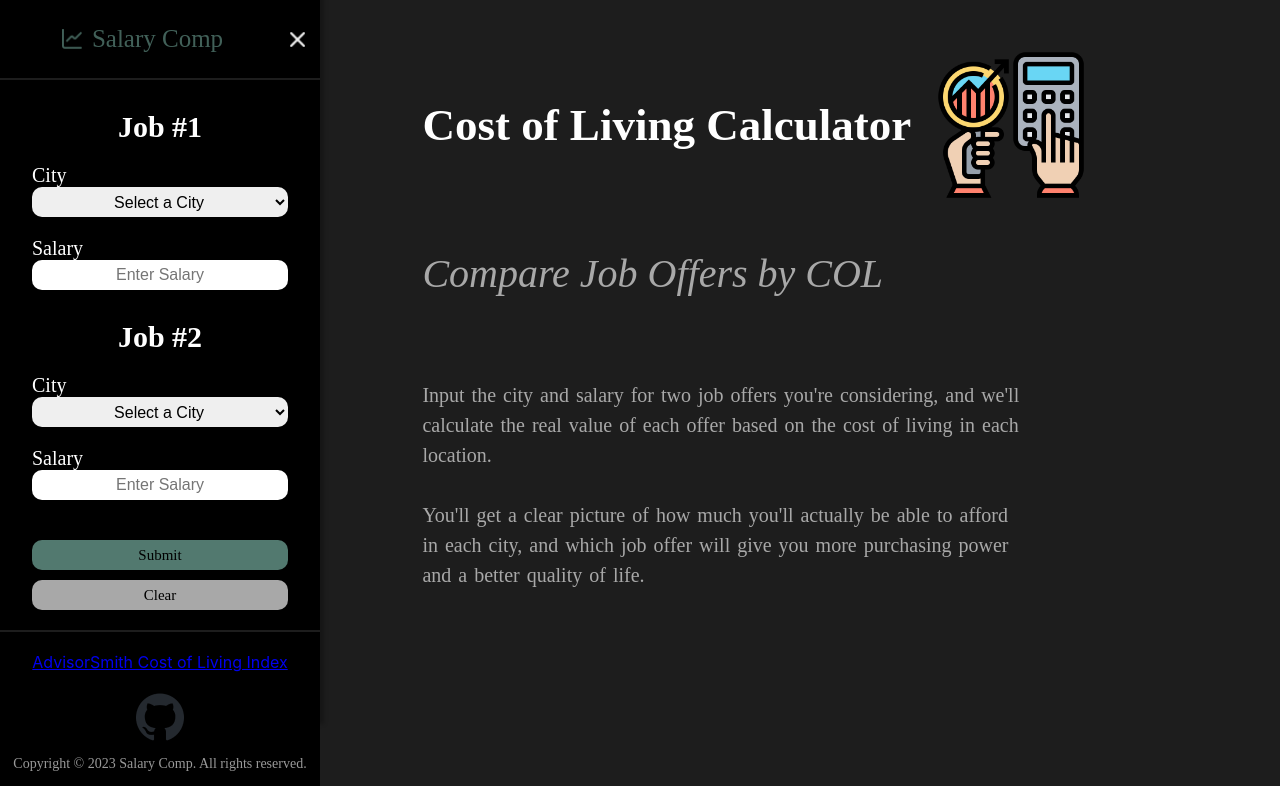
Repository: robbymcd/Salary-Comp
Page: /
These files come from the project's save history. The page is drawn as it stood at one moment and after the next save; the edit follows.
The browser window is 1280 px wide. The pictures show the whole page.
Some web fonts or font styles are not loaded; a fallback is used. The project was rebuilt for these pictures with package versions that can differ from the ones it lists, and the page was loaded fresh each time. Also part of the build but not shown: src/Main.css, src/Main.js.

Above is the page before, as saved 2023-06-16 11:43:10.

### public/index.html
<!DOCTYPE html>
<html lang="en">
  <head>
    <meta charset="utf-8" />
    <link rel="icon" href="%PUBLIC_URL%/favicon.ico" />
    <meta name="viewport" content="width=device-width, initial-scale=1" />
    <meta name="theme-color" content="#000000" />
    <meta
      name="description"
      content="Compare Job Offers by COL"
    />
    <link rel="apple-touch-icon" href="%PUBLIC_URL%/logo192.png" />
    <!--
      manifest.json provides metadata used when your web app is installed on a
      user's mobile device or desktop. See https://developers.google.com/web/fundamentals/web-app-manifest/
    -->
    <link rel="manifest" href="%PUBLIC_URL%/manifest.json" />
    <!--
      Notice the use of %PUBLIC_URL% in the tags above.
      It will be replaced with the URL of the `public` folder during the build.
      Only files inside the `public` folder can be referenced from the HTML.

      Unlike "/favicon.ico" or "favicon.ico", "%PUBLIC_URL%/favicon.ico" will
      work correctly both with client-side routing and a non-root public URL.
      Learn how to configure a non-root public URL by running `npm run build`.
    -->
    <title>Salary Comp</title>
  </head>
  <body>
    <noscript>You need to enable JavaScript to run this app.</noscript>
    <div id="root"></div>
    <!--
      This HTML file is a template.
      If you open it directly in the browser, you will see an empty page.

      You can add webfonts, meta tags, or analytics to this file.
      The build step will place the bundled scripts into the <body> tag.

      To begin the development, run `npm start` or `yarn start`.
      To create a production bundle, use `npm run build` or `yarn build`.
    -->
  </body>
</html>

### src/index.css
body {
  margin: 0;
  font-family: -apple-system, BlinkMacSystemFont, 'Segoe UI', 'Roboto', 'Oxygen',
    'Ubuntu', 'Cantarell', 'Fira Sans', 'Droid Sans', 'Helvetica Neue',
    sans-serif;
  -webkit-font-smoothing: antialiased;
  -moz-osx-font-smoothing: grayscale;
  height: 100%;
  width: 100%;
}

html {
  height: 100%;
  width: 100%;
  background-color: #1D1D1D;
}

code {
  font-family: source-code-pro, Menlo, Monaco, Consolas, 'Courier New',
    monospace;
}

### src/App.js
import React, { useState } from 'react';
import './App.css';
import Sidebar from './Sidebar.js';
import Content from './Content.js';

function App() {
  const [isSubmitted, setIsSubmitted] = useState(false);
  const [cityCOL1, setCityCOL1] = useState('');
  const [cityCOL2, setCityCOL2] = useState('');
  const [cityName1, setCityName1] = useState('');
  const [cityName2, setCityName2] = useState('');
  const [salary1, setSalary1] = useState('');
  const [salary2, setSalary2] = useState('');

  const handleFormSubmit = (formData) => {
    setIsSubmitted(true);
    setCityCOL1(formData.cityCOL1);
    setCityCOL2(formData.cityCOL2);
    setCityName1(formData.cityName1);
    setCityName2(formData.cityName2);
    setSalary1(formData.salary1);
    setSalary2(formData.salary2);
  };

  return (
    <div className="main">
        <Sidebar onFormSubmit={handleFormSubmit}/>
        <Content isSubmitted={isSubmitted} cityCOL1={cityCOL1} cityCOL2={cityCOL2} cityName1={cityName1} cityName2={cityName2} salary1={salary1} salary2={salary2} />
    </div>
  );
}

export default App;

### src/App.css
.main {
    display: flex;
    flex-direction: row;
    height: 200%;
    width: 100%;
    background-color: #1D1D1D;
}

### src/Sidebar.js
import React, { useState, useRef } from 'react';
import plus from './plus.png';
import './Sidebar.css';
import chart from './chart.png';
import github from './github.png';
import x from './x.png';
import './OpenSidebar.css';
import './Select.css';

export default function Sidebar( { onFormSubmit } ) {
    const [isOpen, setIsOpen] = useState(true);
    const [isClosed, setIsClosed] = useState(false);

    const [city1, setCity1] = useState('0');
    const [city2, setCity2] = useState('0');

    const [salary1, setSalary1] = useState('');
    const [salary2, setSalary2] = useState('');


    const [error, setError] = useState(false);

    const selectRef1 = useRef(null);
    const selectRef2 = useRef(null);

    const formatSalary = (salary) => {
        salary = salary.replace(/[^0-9]/g, '');

        // Convert the salary to a number and format it with commas
        const formattedSalary = Number(salary).toLocaleString();

        // Add the '$' symbol
        return '$' + formattedSalary;
    }

    const openSidebar = () => {
        setIsOpen(true);
        setIsClosed(false);
    }

    const closeSidebar = () => {
        setIsOpen(false);
        setIsClosed(true);
    }

    const city1ChangeHandler = (event) => {
        setCity1(event.target.value)
    }

    const city2ChangeHandler = (event) => {
        setCity2(event.target.value);
    }


    const salary1ChangeHandler = (event) => {
        const inputValue = event.target.value;
        const formattedValue = formatSalary(inputValue);
        const regex = /\d/;

        if (regex.test(formattedValue[formattedValue.length - 1])) {
          setSalary1(formattedValue);
        } else {
            setSalary1(formattedValue.slice(0, formattedValue.length - 1));
        }
      }


    const salary2ChangeHandler = (event) => {
        const inputValue = event.target.value;
        const formattedValue = formatSalary(inputValue);
        const regex = /\d/;
        if (regex.test(formattedValue[formattedValue.length - 1])) {
            setSalary2(formattedValue);
        } else {
            setSalary2(formattedValue.slice(0, formattedValue.length - 1));
        }
    }

    const refresh = () => {
        window.location.reload(false);
    }

    const submitHandler = (event) => {
        event.preventDefault();
        if (city1 === '0' | city2 === '0' | salary1 === '' | salary2 === '') {
            setError(true);
            return;
        }
        setError(false);
        const formData = {
            cityCOL1: city1,
            cityCOL2: city2,
            cityName1: selectRef1.current.options[selectRef1.current.selectedIndex].text,
            cityName2: selectRef2.current.options[selectRef2.current.selectedIndex].text,
            salary1: salary1,
            salary2: salary2
        };
        onFormSubmit(formData);
    }

    const clearHandler = (event) => {
        event.preventDefault();
        setError(false);
        setCity1('0');
        setCity2('0');
        setSalary1('');
        setSalary2('');
    }

    return (
        <div className="sidebar">
            {isClosed && (
                <div className='closed-sidebar'>
                <img
                    className="plusIcon"
                    src={plus}
                    alt="plus"
                    onClick={openSidebar}
                />
            </div>
            )}
            {isOpen && (
                <div className='open-sidebar'>
                <div className='sidebar-header'>
                    <div className='logo' onClick={refresh}>
                        <img className='chart' src={chart} alt='Chart'></img>
                        <p>Salary Comp</p>
                    </div>
                    <img className='x' src={x} alt='x' onClick={closeSidebar}></img>
                </div>
                <form className='form' onSubmit={onFormSubmit}>
                    <h1>Job #1</h1>
                    <div className='city'>
                        <label>City</label>
                        <div className="select-main">
                            <select ref={selectRef1} value={city1} className='select-input' onChange={city1ChangeHandler}>
                                <option value='0'>Select a City</option>
                                <option value='89.1'>Abilene, TX</option>
                                <option value='90.5'>Adrian, MI</option>
                                <option value='89.4'>Akron, OH</option>
                                <option value='85.8'>Alamogordo, NM</option>
                                <option value='87.3'>Albany, GA</option>
                                <option value='105.4'>Albany, OR</option>
                                <option value='100.1'>Albany, NY</option>
                                <option value='90.9'>Albertville, AL</option>
                                <option value='92.9'>Albuquerque, NM</option>
                                <option value='86.2'>Alexandria, LA</option>
                                <option value='98.9'>Allentown, PA</option>
                                <option value='90.8'>Altoona, PA</option>
                                <option value='88.2'>Amarillo, TX</option>
                                <option value='91.5'>Ames, IA</option>
                                <option value='110.7'>Anchorage, AK</option>
                                <option value='99.3'>Ann Arbor, MI</option>
                                <option value='85.7'>Anniston, AL</option>
                                <option value='90.7'>Appleton, WI</option>
                                <option value='103.3'>Asheville, NC</option>
                                <option value='87.4'>Ashtabula, OH</option>
                                <option value='88.5'>Athens, OH</option>
                                <option value='92.9'>Athens, TX</option>
                                <option value='95'>Athens, GA</option>
                                <option value='100.3'>Atlanta, GA</option>
                                <option value='102'>Atlantic City, NJ</option>
                                <option value='93.7'>Auburn, NY</option>
                                <option value='91.9'>Auburn, AL</option>
                                <option value='91.6'>Augusta, GA</option>
                                <option value='100'>Augusta, ME</option>
                                <option value='106.6'>Austin, TX</option>
                                <option value='102.9'>Bakersfield, CA</option>
                                <option value='107'>Baltimore, MD</option>
                            </select>
                        </div>
                    </div>
                    <div className='salary'>
                        <label>Salary</label>
                        <input className='salary-input' type='text' placeholder='Enter Salary' onChange={salary1ChangeHandler} value={salary1}></input>
                    </div>
                    <h1>Job #2</h1>
                    <div className='city'>
                        <label>City</label>
                        <div className="select-main">
                            <select ref={selectRef2} value={city2} className='select-input' onChange={city2ChangeHandler}>
                                <option value='0'>Select a City</option>
                                <option value='89.1'>Abilene, TX</option>
                                <option value='90.5'>Adrian, MI</option>
                                <option value='89.4'>Akron, OH</option>
                                <option value='85.8'>Alamogordo, NM</option>
                                <option value='87.3'>Albany, GA</option>
                                <option value='105.4'>Albany, OR</option>
                                <option value='100.1'>Albany, NY</option>
                                <option value='90.9'>Albertville, AL</option>
                                <option value='92.9'>Albuquerque, NM</option>
                                <option value='86.2'>Alexandria, LA</option>
                                <option value='98.9'>Allentown, PA</option>
                                <option value='90.8'>Altoona, PA</option>
                                <option value='88.2'>Amarillo, TX</option>
                                <option value='91.5'>Ames, IA</option>
                                <option value='110.7'>Anchorage, AK</option>
                                <option value='99.3'>Ann Arbor, MI</option>
                                <option value='85.7'>Anniston, AL</option>
                                <option value='90.7'>Appleton, WI</option>
                                <option value='103.3'>Asheville, NC</option>
                                <option value='87.4'>Ashtabula, OH</option>
                                <option value='88.5'>Athens, OH</option>
                                <option value='92.9'>Athens, TX</option>
                                <option value='95'>Athens, GA</option>
                                <option value='100.3'>Atlanta, GA</option>
                                <option value='102'>Atlantic City, NJ</option>
                                <option value='93.7'>Auburn, NY</option>
                                <option value='91.9'>Auburn, AL</option>
                                <option value='91.6'>Augusta, GA</option>
                                <option value='100'>Augusta, ME</option>
                                <option value='106.6'>Austin, TX</option>
                                <option value='102.9'>Bakersfield, CA</option>
                                <option value='107'>Baltimore, MD</option>
                            </select>
                        </div>
                    </div>
                    <div className='salary'>
                        <label>Salary</label>
                        <input className='salary-input' type='text' placeholder='Enter Salary' onChange={salary2ChangeHandler} value={salary2}></input>
                        {error && <p className='error'>Please fill out all fields</p>}
                    </div>
                    <div className='button-container'>
                        <div className='submit-container'>
                            <button className='submit' onClick={submitHandler} type='submit'>Submit</button>
                        </div>
                        <div className='clear-container'>
                            <button className='clear' onClick={clearHandler}>Clear</button>
                        </div>
                    </div>
                </form>
                <div className='footer'>
                    <div className='hiw'>
                        <a href='https://advisorsmith.com/data/coli' target='_blank' rel='noopener noreferrer'>AdvisorSmith Cost of Living Index</a>
                    </div>
                    <img className='github' src={github} alt='github'></img>
                    <p className='copyright'>Copyright © 2023 Salary Comp. All rights reserved.</p>
                </div>
            </div>
            )}
        </div>
    );
}

### src/Content.js
import React from 'react';
import './Content.css';
import Instruction from './Instruction.js';
import Main from './Main.js';

export default function Content({ isSubmitted ,cityCOL1 ,cityCOL2, cityName1, cityName2 , salary1, salary2 }) {

    return (
        <div className='Content-container'>
            {isSubmitted ? <Main cityCOL1={cityCOL1} cityCOL2={cityCOL2} cityName1={cityName1} cityName2={cityName2} salary1={salary1} salary2={salary2}/> : <Instruction />}
        </div>
    );
}

### src/Sidebar.css
@import url('https://fonts.googleapis.com/css?family=Roboto-Mono');
@import url('https://fonts.googleapis.com/css?family=Mukta-Vaani');
.sidebar {
    display: flex;
    height: 100vh;
    width: fit-content;
}

.closed-sidebar {
    display: flex;
    height: 100vh;
    width: fit-content;
    margin-right: 22vw;
}

.plusIcon {
    height: 30px;
    width: 30px;
    margin-left: 20px;
    align-self: center;
    cursor: pointer;
}

.plusIcon:hover {
    opacity: 0.5;
}

.error {
    display: flex;
    font-size: 15px;
    margin-bottom: -15px;
    color: #BA1F33;
}

.button-container {
    display: flex;
    flex-direction: column;
    gap: 10px;
    margin-top: 20px;
}

.submit-container {
    display: flex;
}

.submit {
    height: 30px;
    width: clamp(100px, 20vw, 300px);
    border-radius: 10px;
    border: none;
    outline: none;
    cursor: pointer;
    background-color: #52796F;
    font-family: Mukta Vaani;
    font-size: 15px;
    color: #000;
    box-shadow: 0px 4px 4px rgba(0, 0, 0, 0.25);
}

.submit:hover {
    opacity: 0.8;
}

.clear-container {
    display: flex;
}

.clear {
    height: 30px;
    width: clamp(100px, 20vw, 300px);
    border-radius: 10px;
    border: none;
    outline: none;
    cursor: pointer;
    background-color: #a8a8a8;
    font-family: Mukta Vaani;
    font-size: 15px;
    color: #000;
    box-shadow: 0px 4px 4px rgba(0, 0, 0, 0.25);
}

.clear:hover {
    opacity: 0.8;
}

@media screen and (min-width: 1650px) {
    .button-container {
        gap: 20px;
    }
}

### src/OpenSidebar.css
@import url('https://fonts.googleapis.com/css?family=Roboto-Mono');
@import url('https://fonts.googleapis.com/css?family=Mukta-Vaani');

.open-sidebar {
    display: flex;
    flex-direction: column;
    height: 100vh;
    width: 25vw;
    background-color: #000;
    box-shadow: 0px 0px 4px 4px rgba(0, 0, 0, 0.25);
    margin-right: 8vw;
    transition: transform 0.3s ease-in-out;
}

.sidebar-header {
    display: flex;
    width: 25vw;
    border-bottom: 2px solid #1d1d1d;
    justify-content: space-between;
    align-items: center;
}

.sidebar-wrapper {
    display: inline-block;
}

.centering {
    display: flex;
    flex-direction: row;
    width: 100%;
    align-self: center;
    align-items: center;
    justify-content: center;
}

.logo {
    display: flex;
    flex-direction: row;
    width: 100%;
    align-items: center;
    justify-content: center;
    gap: 10px;
    cursor: pointer;
}

.logo:hover {
    opacity: .8;
}

.logo p {
    font-family: Roboto Mono;
    color: #52796F;
    font-size: 25px;
}

.chart {
    height: 20px;
    width: 20px;
}

.city {
    display: flex;
    flex-direction: column;
    font-family: Mukta Vaani;
    font-style: normal;
    font-weight: 300;
    font-size: 20px;
    color: #fff;
}

.salary{
    display: flex;
    flex-direction: column;
    font-family: Mukta Vaani;
    font-style: normal;
    font-weight: 300;
    font-size: 20px;
    color: #fff;
}

.salary label {
    display: flex;
    justify-self: center;
}

.form {
    display: flex;
    flex-direction: column;
    font-family: Mukta Vaani;
    height: 100%;
    align-items: center;
    gap: 20px;
    border-bottom: 2px solid #1d1d1d;
    justify-content: center;
    padding: 20px;
}

.form h1 {
    color: #fff;
    font-family: Roboto Mono;
    font-size: 30px;
    font-weight: 700;
    font-style: normal;
    text-align: center;
    margin-top: 10px;
    margin-bottom: 0px;
}

select {
    cursor: pointer;
}

input {
    text-decoration: none;
    height: 30px;
    width: clamp(100px, 20vw, 300px);
    border-radius: 10px;
    outline: none;
    border: none;
    padding: 0;
    text-align: center;
    font-size: 16px;
    cursor: pointer;
}

.salarycomp {
    height: 80px;
    width: 360px;
}

.x {
    height: 25px;
    width: 25px;
    cursor: pointer;
    margin-right: 10px;
}

.x:hover {
    opacity: 0.5;
    transition: ease-in-out 0.2s;
}

.footer {
    display: flex;
    flex-direction: column;
    align-items: center;
    justify-content: center;
    width: 100%;
    background-color: #000;
}

.footer p {
    color: #fff;
    opacity: .6;
    font-family: 'Mukta Vaani';
    font-style: normal;
    font-weight: 300;
    font-size: 14px;
}

.hiw {
    display: flex;
    flex-direction: row;
    align-items: center;
    justify-content: center;
    margin-top: 20px;
    margin-bottom: 10px;
}

.hiv a {
    font-size: 14px;
    font-weight: 300;
    font-family: 'Mukta Vaani';
    color: blue;
}

.github {
    height: 50px;
    width: 50px;
    margin-top: 10px;
    cursor: pointer;
}

.github:hover {
    opacity: 0.8;
}

@media screen and (max-width: 1000px) {
    .footer p {
        font-size: 10px;
    }
}

@media screen and (min-height: 800px) {
    .form h1 {
        margin-top: 0;
        margin-bottom: 20px;
    }

    input {
        margin-bottom: 50px;
    }
}

### src/Select.css
.select-main {
    text-decoration: none;
    height: 30px;
    width: clamp(100px, 20vw, 300px);
    border-radius: 10px;
    outline: none;
    text-align: center;
    font-size: 16px;
}

.select-main select {
    text-align: center;
    text-decoration: none;
    outline: none;
    border: none;
    height: 30px;
    width: clamp(100px, 20vw, 300px);
    border-radius: 10px;
    font-size: 16px;
    padding-left: 10px;
}

### src/Content.css
@import url('https://fonts.googleapis.com/css?family=Kadwa');
@import url('https://fonts.googleapis.com/css?family=Hind-Madurai');

.Content-container {
    display: flex;
    width: 100%;
}

.header {
    display: flex;
    flex-direction: row;
    align-items: center;
    margin-top: 50px;
    gap: 25px;
}

.content h1 {
    font-family: Kadwa;
    font-weight: bold;
    font-size: 45px;
    height: 100%;
    margin: 0;
}

.content h2 {
    font-family: Hind Madurai;
    font-size: 40px;
    color: #a8a8a8;
    margin-top: 50px;
    width: 75%;
    font-weight: 500;
    font-style: italic;
}

.content p {
    display: flex;
    width: 50vw;
    font-family: Hind Madurai;
    font-size: 20px;
    color: #a8a8a8;
    word-spacing: 2px;
    line-height: 1.5;
    margin-top: 50px;
    width: 70%;
}

.content {
    display: flex;
    flex-direction: column;
    color: #fff;
    height: fit-content;
    width: 100%;
    justify-items: center;
}

.calculator {
    display: flex;
    height: 150px;
    width: 150px;
}

### src/Instruction.js
import calculator from './calculator.png';

export default function Instruction() {
    return (
        <div className="content">
            <div className="header">
                <h1>Cost of Living Calculator</h1>
                <img className="calculator" src={calculator} alt='calculator'></img>
            </div>
            <h2>Compare Job Offers by COL</h2>
            <p>Input the city and salary for two job offers you're considering, and we'll calculate the real value of each offer based on the cost of living in each location.<br/><br/>You'll get a clear picture of how much you'll actually be able to afford in each city, and which job offer will give you more purchasing power and a better quality of life.
            </p>
        </div>
    );
}

Loaded but not shown: src/index.js (common file); src/reportWebVitals.js (common file)

After the next save:
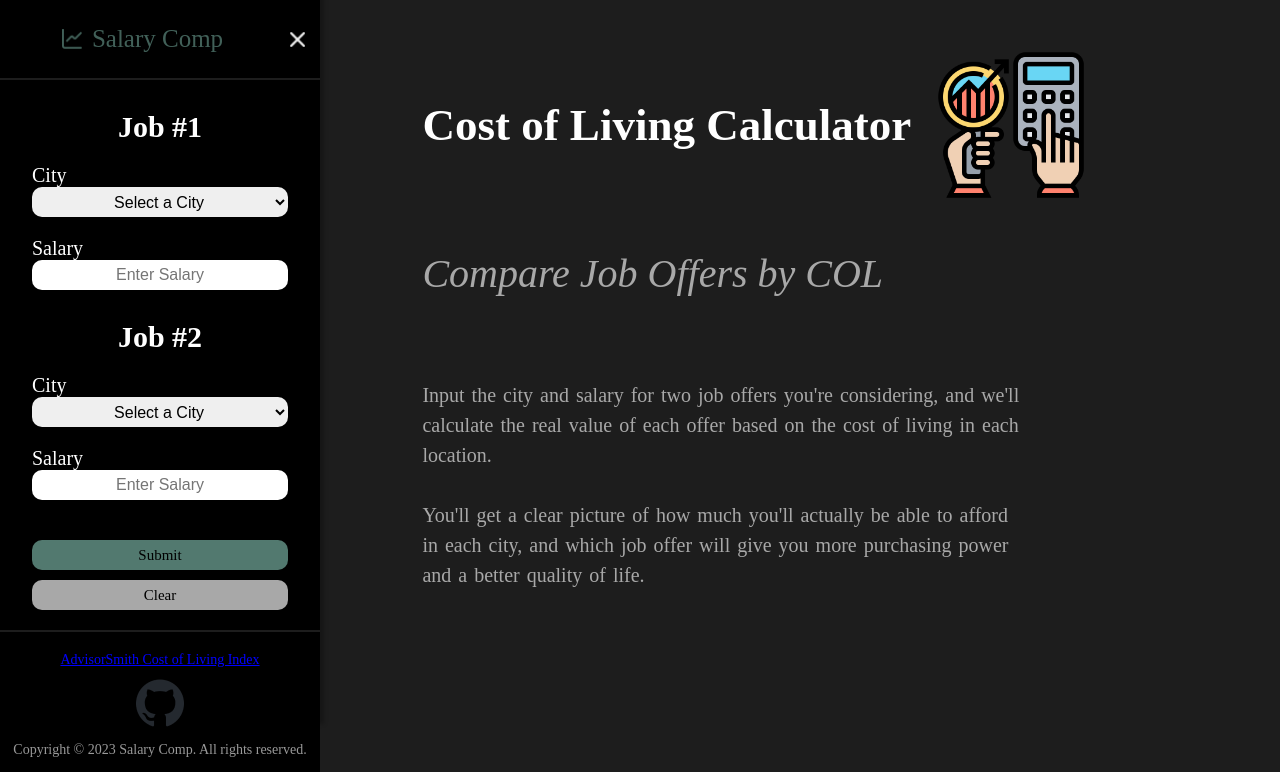
Saved 32 s later.
--- a/src/OpenSidebar.css
+++ b/src/OpenSidebar.css
@@ -167,12 +167,14 @@ input {
     margin-bottom: 10px;
 }
 
-.hiv a {
+.hiw a {
     font-size: 14px;
     font-weight: 300;
     font-family: 'Mukta Vaani';
     color: blue;
 }
+
+.hiw
 
 .github {
     height: 50px;
